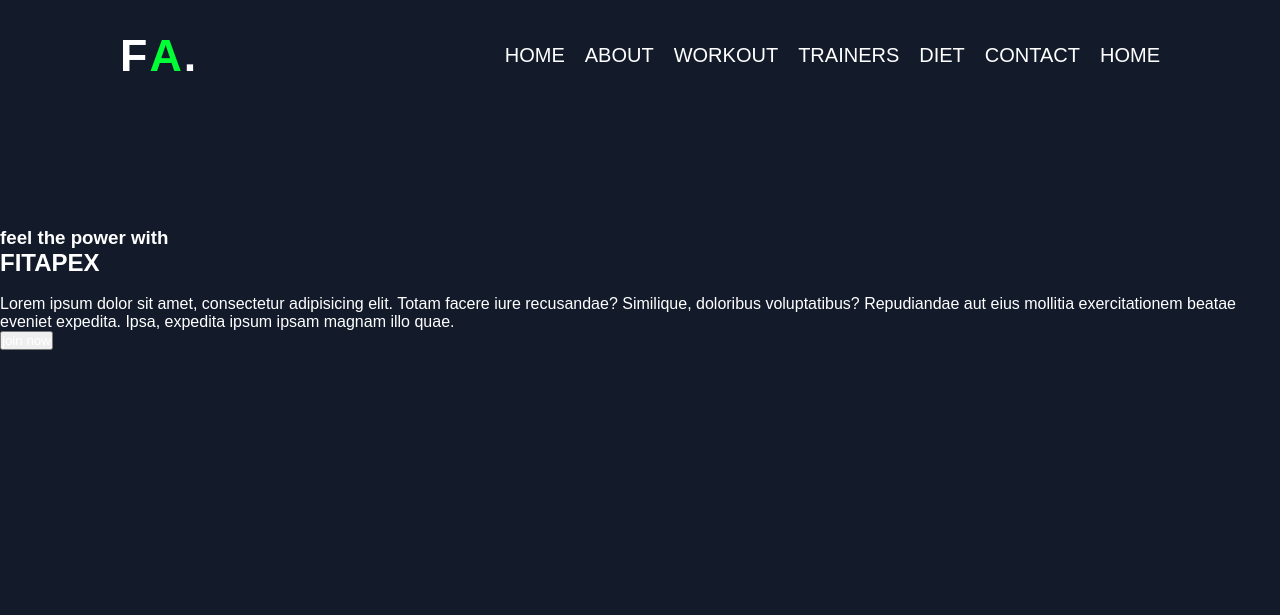
Repository: guilhermecardoso93/fitapex
Page: index.html
These files come from the project's save history. The page is drawn as it stood at one moment and after the next save; the edit follows.
The browser window is 1280 px wide. The pictures show the whole page.

Above is the page before, as saved 2023-03-05 20:45:01.

### index.html
<!DOCTYPE html>
<html lang="pr-BR">
  <head>
    <meta charset="UTF-8" />
    <meta http-equiv="X-UA-Compatible" content="IE=edge" />
    <meta name="viewport" content="width=device-width, initial-scale=1.0" />
    <link rel="stylesheet" href="styles.css" />
    <link
      rel="stylesheet"
      href="https://cdnjs.cloudflare.com/ajax/libs/font-awesome/4.7.0/css/font-awesome.css"
    />
    <title>F.A GYM</title>
  </head>
  <body>
    <div class="navbar">
      <a href="#" class="logo">F<b>A</b>.</a>
      <ol>
        <li>
          <a href="#home">home</a>
        </li>
        <li>
          <a href="#about">about</a>
        </li>
        <li>
          <a href="#workout">workout</a>
        </li>
        <li>
          <a href="#trainers">trainers</a>
        </li>
        <li>
          <a href="#diet">diet</a>
        </li>
        <li>
          <a href="#contact">contact</a>
        </li>
        <li>
          <a href="#home">home</a>
        </li>
      </ol>
    </div>
    <section id="home" class="home view">
      <div class="highlights">
        <h3>feel the power with</h3>
        <h1><b>FIT</b>APEX</h1><br>
        <p class="tagline">
          Lorem ipsum dolor sit amet, consectetur adipisicing elit. Totam facere iure recusandae? Similique, doloribus voluptatibus? Repudiandae aut eius mollitia exercitationem beatae eveniet expedita. Ipsa, expedita ipsum ipsam magnam illo quae.
        </p>
        <button class="join">join now</button>
      </div>
      <div class="banner">

      </div>
    </section>
  </body>
</html>

### styles.css
@import url("https://fonts.googleapis.com/css2?family=Poppins:wght@400;500&display=swap");

@import "./css/_navbar.css";
@import "./css/_home.css";

* {
  margin: 0;
  padding: 0;
  box-sizing: border-box;
  font-family: "Poppisns", sans-serif;
  outline: none;
  color: #fff;
}

:root {
  --prime: #00ff34;
}

body {
  background-color: #131b2b;
}


.view {
  width: 100%;
  min-height: 80vh;
  position: relative;
}

### css/_navbar.css

.navbar {
  width: 100%;
  display: flex;
  position: fixed;
  padding: 30px 120px;
  background-color: transparent;
  justify-content: space-between;
  z-index: 1111;
  transition: 0.5s ease;
}

.logo {
  font-size: 2.8em;
  font-weight: 800;
  letter-spacing: 2px;
  text-transform: uppercase;
  text-decoration: none;
}

.logo B{
  color: var(--prime);
}

ol {
  display: flex;
  margin: auto 0;
}

ol li {
  list-style: none;
  margin-left: 20px;
}

ol li a {
  font-size: 20px;
  font-weight:500;
  text-transform: uppercase;
  text-decoration: none;
}

ol li:hover a {
  color: var(--prime);
}

### css/_home.css
.home {
  display: flex;
  min-height: 120vh;
  align-items: center;
  justify-content: center;
  clip-path: polygon(0 0,100% 0,100% 100%,80% 95%,0 100%)
}

.banner {
   height: 100%;
   width: 100%;
   position: absolute;
   background: url('../assets/banner.jpg') cover center;

}

After the next save:
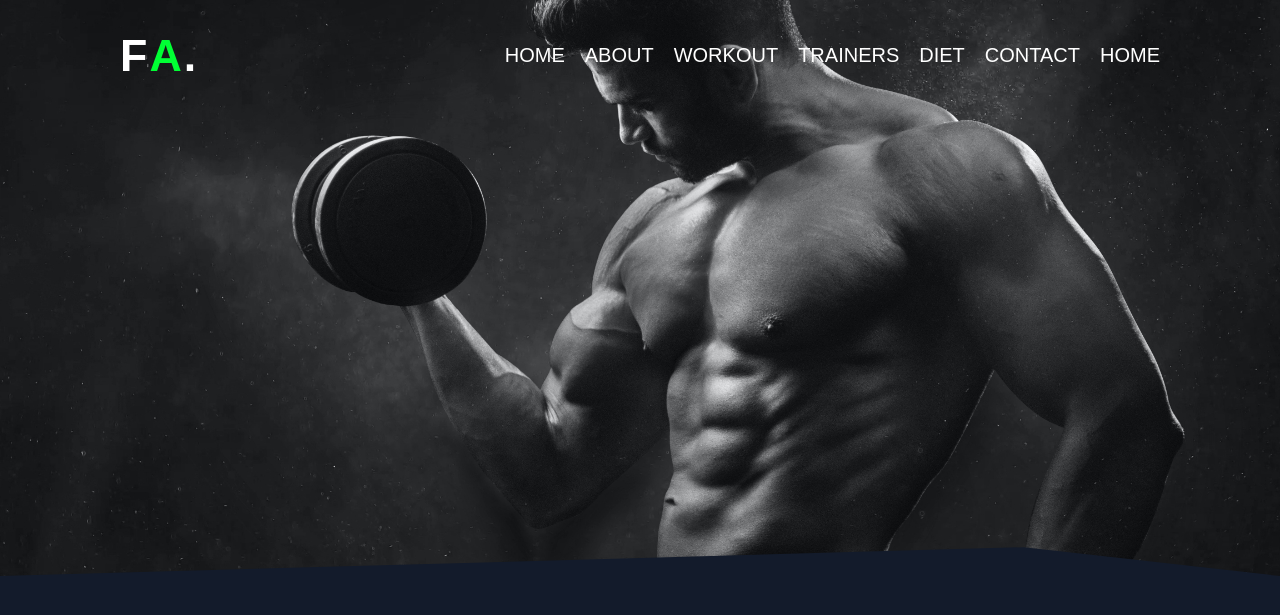
Saved 17 s later.
--- a/css/_home.css
+++ b/css/_home.css
@@ -10,6 +10,8 @@
    height: 100%;
    width: 100%;
    position: absolute;
-   background: url('../assets/banner.jpg') cover center;
+   background: url('../assets/banner.jpg');
+   background-size: cover;
+   background-position: center;
 
 }
